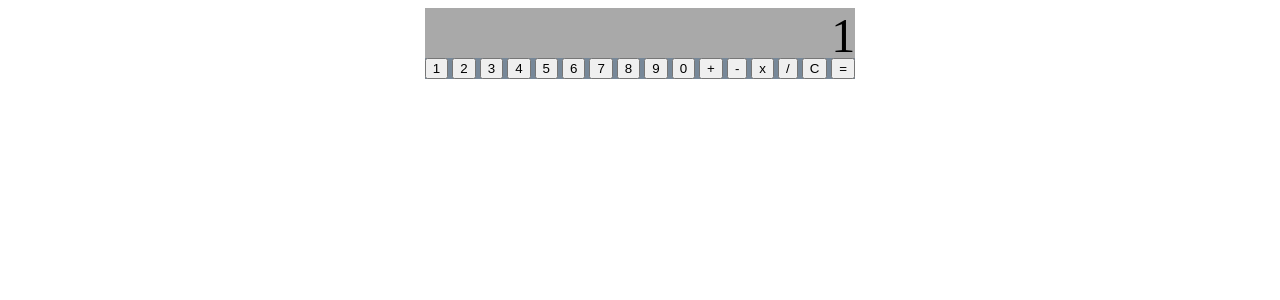
Repository: TEazy2433/LAB-calculator
Page: index.html
These files come from the project's save history. The page is drawn as it stood at one moment and after the next save; the edit follows.
The browser window is 1280 px wide. The pictures show the whole page.

Above is the page before, as saved 2023-10-13 16:49:34.

After the next save:
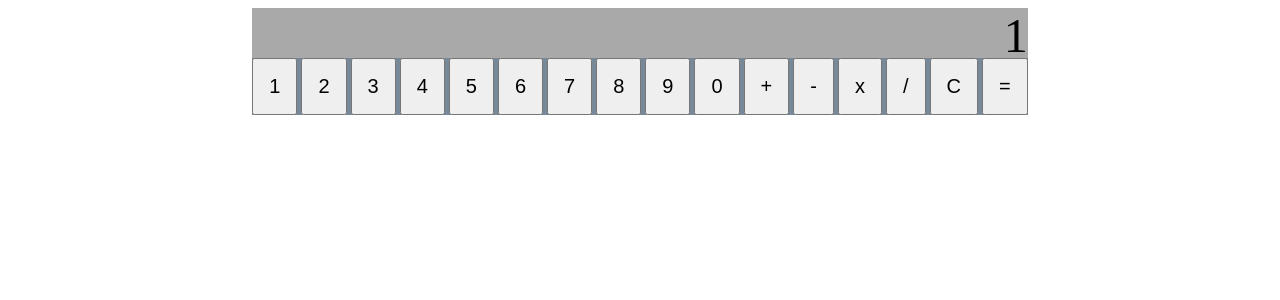
Saved 83 s later.
--- a/main.css
+++ b/main.css
@@ -18,4 +18,6 @@
 }
 button{
   flex: 1 25%;
+  padding: 15px;
+  font-size: 20px;
 }
